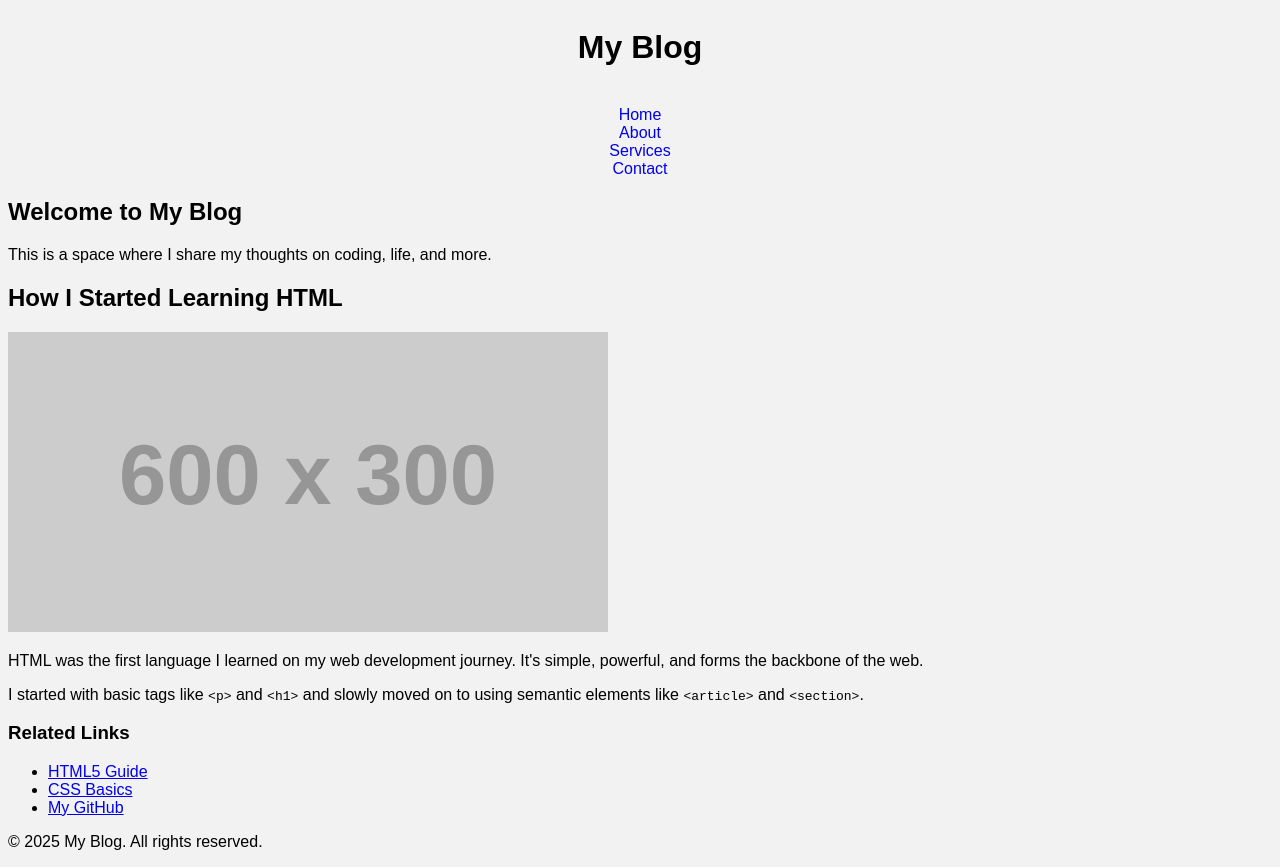
Repository: SainediAmbika/RecallingAll
Page: Angular Recalling/Blog Page/index.html
These files come from the project's save history. The page is drawn as it stood at one moment and after the next save; the edit follows.
The browser window is 1280 px wide. The pictures show the whole page.

Above is the page before, as saved 2025-05-19 12:00:15.

After the next save:
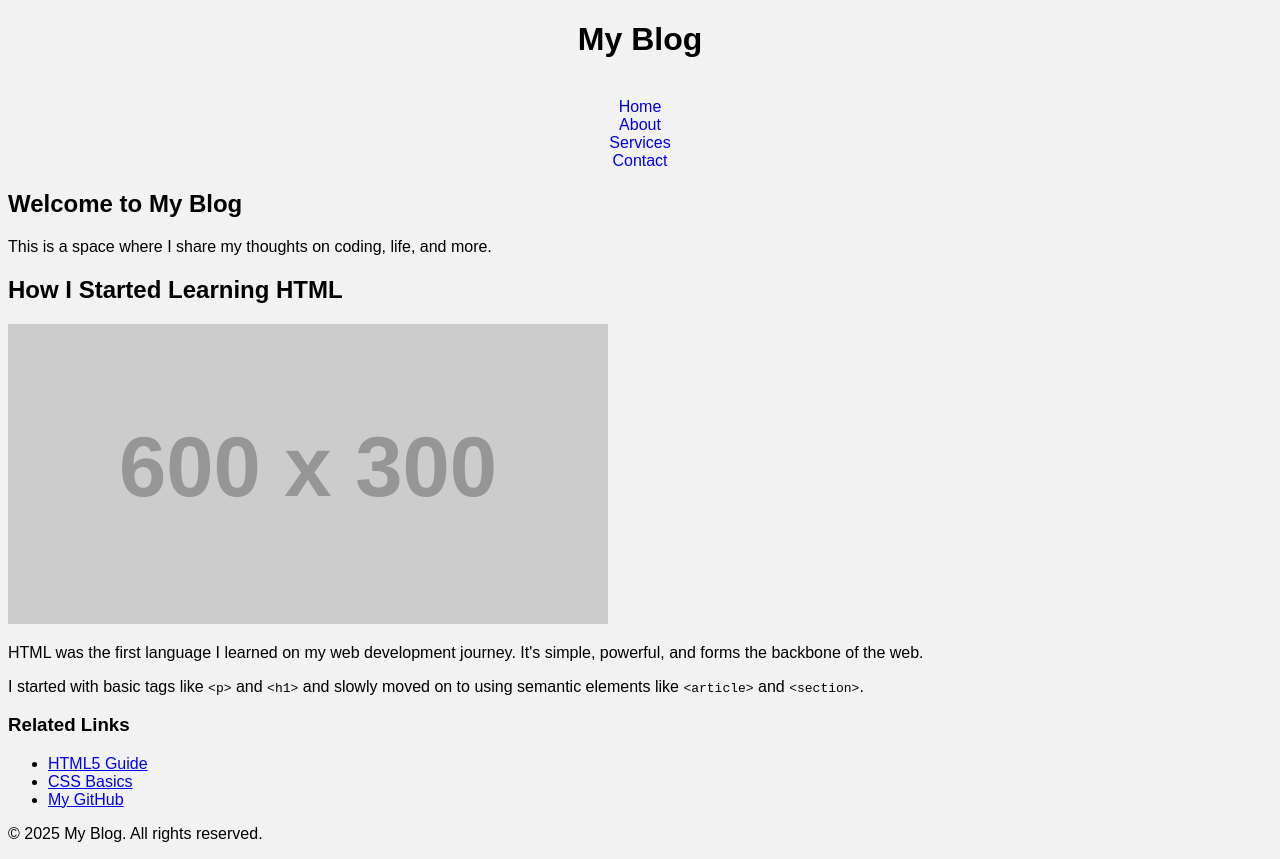
Saved 4 s later.
--- a/Angular Recalling/Blog Page/app.css
+++ b/Angular Recalling/Blog Page/app.css
@@ -1,7 +1,6 @@
 .header{
     text-align: center;
-     display: flex;
-    flex-direction: column;
+
 }
 
 nav ul{
